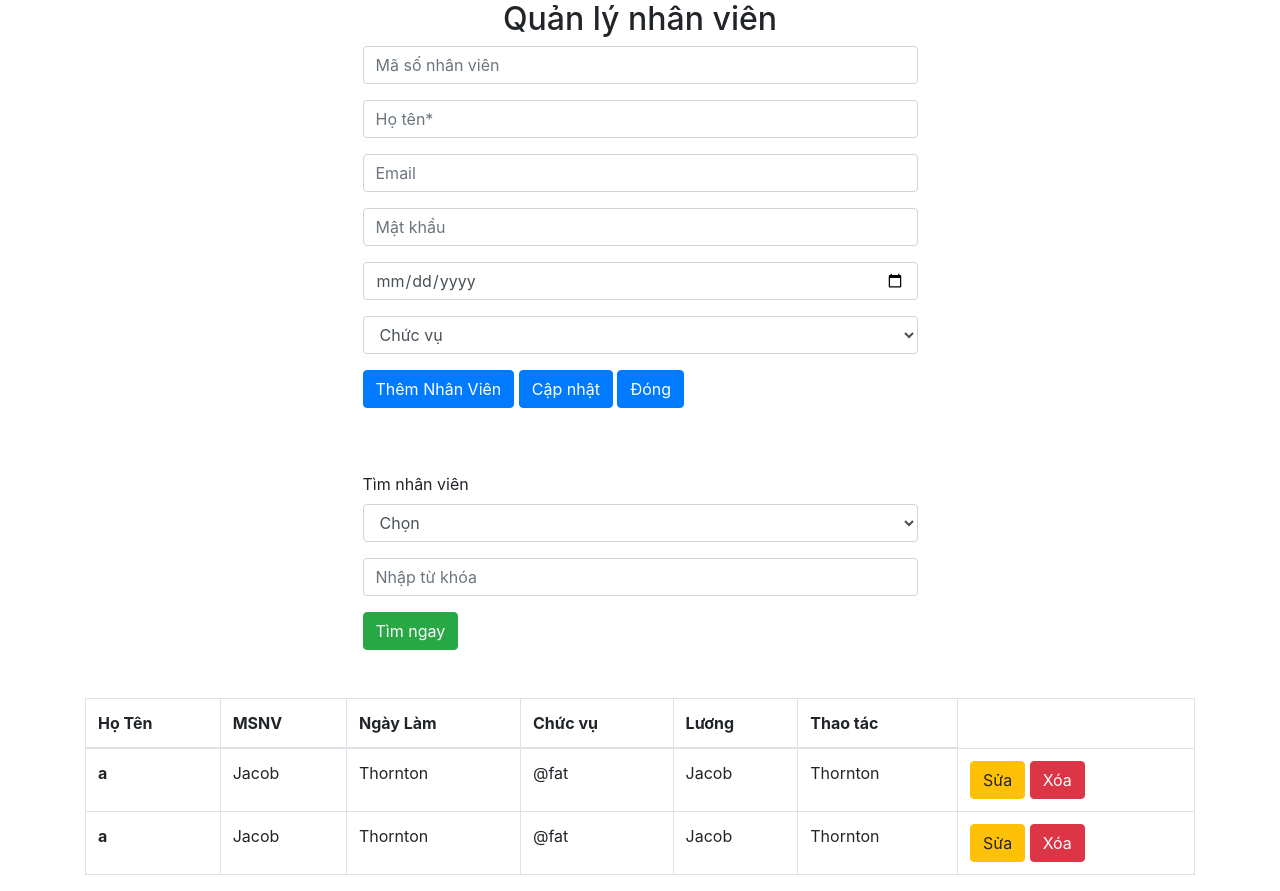
Repository: dovanthao2404/quanlynhanvien
Page: index.html
The author's editor kept a copy of each file at every save. The page is drawn from the files as they stood at one save, then again after the next save.
The browser window is 1280 px wide. The pictures show the whole page.

Above is the page before, as saved 2021-06-30 00:55:46.

### index.html
<!DOCTYPE html>
<html lang="en">

<head>
  <meta charset="UTF-8">
  <meta http-equiv="X-UA-Compatible" content="IE=edge">
  <meta name="viewport" content="width=device-width, initial-scale=1.0">
  <title>Quan Ly Nhan Vien</title>
  <!-- BOOTSTRAP  -->
  <link rel="stylesheet" href="https://cdn.jsdelivr.net/npm/bootstrap@4.6.0/dist/css/bootstrap.min.css"
    integrity="sha384-B0vP5xmATw1+K9KRQjQERJvTumQW0nPEzvF6L/Z6nronJ3oUOFUFpCjEUQouq2+l" crossorigin="anonymous">
  <!-- MAIN CSS -->
  <link rel="stylesheet" href="./css/style.css">
</head>

<body>
  <div class="main">
    <div class="add-staff">
      <div class="container">
        <form>
          <div class="row">
            <div class="col">
              <div class="add-staff__content w-50 mx-auto">
                <div class="add-staff-title">
                  <h2 id="header-title" class="text-center">Quản lý nhân viên</h2>
                </div>
                <div class="form-group">
                  <input type="text" class="form-control" id="msnv" placeholder="Mã số nhân viên">
                  <span id="thongBaoMNV" class="sp-thongbao text-danger"></span>
                </div>
                <div class="form-group">
                  <input type="text" class="form-control" id="hoTen" placeholder="Họ tên*">
                  <span id="thongBaoHo" class="sp-thongbao text-danger"></span>
                </div>
                <div class="form-group">
                  <input type="text" class="form-control" id="email" placeholder="Email">
                  <span id="thongBaoMNV" class="sp-thongbao text-danger"></span>
                </div>
                <div class="form-group">
                  <input type="password" class="form-control" id="matKhau" placeholder="Mật khẩu">
                  <span id="thongBaoMNV" class="sp-thongbao text-danger"></span>

                </div>
                <div class="form-group">
                  <input type="date" class="form-control" id="ngayLam">
                  <span id="thongBaoNgayLam" class="sp-thongbao text-danger"></span>

                </div>
                <div class="form-group">
                  <select id="chucVu" class="form-control">
                    <option selected>Chức vụ</option>
                    <option>Sếp</option>
                    <option>Trưởng Phòng</option>
                    <option>Nhân Viên</option>
                  </select>
                  <span id="thongBaoChucVu" class="sp-thongbao text-danger"></span>

                </div>
                <div class="form-group">

                  <button class="btn btn-primary" type="button" id="btnThemNhanVien">Thêm Nhân Viên</button>
                  <button class="btn btn-primary" type="button" id="btnCapNhat">Cập nhật</button>
                  <button class="btn btn-primary" type="button" id="btnDong">Đóng</button>
                </div>
              </div>
            </div>
          </div>

        </form>
      </div>
    </div>
    <div class="search-staff my-5">
      <div class="container">
        <div class="add-staff__content w-50 mx-auto">
          <div class="form-group">
            <label for="">Tìm nhân viên</label>
            <select id="" class="form-control">
              <option selected>Chọn</option>
              <option>Theo Tên</option>
              <option>Theo mã</option>
            </select>
            <span class="sp-thongbao text-danger"></span>
          </div>
          <div class="form-group">
            <input class="form-control" type="text" placeholder="Nhập từ khóa">
          </div>
          <div class="form-group">
            <input class="btn btn-success" type="button" value="Tìm ngay">
          </div>
        </div>
      </div>
    </div>
  </div>

  <div class="list-staff">
    <div class="container">
      <div id="list-staff__content">
        <table id="" class="table table-bordered">
          <thead>
            <tr>
              <th scope="col">Họ Tên</th>
              <th scope="col">MSNV</th>
              <th scope="col">Ngày Làm</th>
              <th scope="col">Chức vụ</th>
              <th scope="col">Lương</th>
              <th scope="col">Thao tác</th>
            </tr>
          </thead>
          <tboby>
            <tr>
              <th scope="row">a</th>
              <td>Jacob</td>
              <td>Thornton</td>
              <td>@fat</td>
              <td>Jacob</td>
              <td>
                <button class="btn btn-warning" id="sua">Sửa</button>
                <button class="btn btn-danger" id="xoa">Xóa</button>
              </td>
            </tr>
          </tboby>
        </table>
      </div>
    </div>
  </div>
  <!-- BOOSTRAP -->
  <script src="https://code.jquery.com/jquery-3.5.1.slim.min.js"
    integrity="sha384-DfXdz2htPH0lsSSs5nCTpuj/zy4C+OGpamoFVy38MVBnE+IbbVYUew+OrCXaRkfj"
    crossorigin="anonymous"></script>
  <script src="https://cdn.jsdelivr.net/npm/bootstrap@4.6.0/dist/js/bootstrap.bundle.min.js"
    integrity="sha384-Piv4xVNRyMGpqkS2by6br4gNJ7DXjqk09RmUpJ8jgGtD7zP9yug3goQfGII0yAns"
    crossorigin="anonymous"></script>
  <script src="./js/NhanVien.js"></script>
  <script src="js/CongTy.js"></script>
  <script src="js/main.js"></script>
</body>

</html>

### js/NhanVien.js
class NhanVien {

  constructor(maNV, hoTen, email, matKhau, ngayLamViec, chucVu) {
    this.maNV = maNV;
    this.hoTen = hoTen;
    this.email = email;
    this.matKhau = matKhau;
    this.ngayLamViec = ngayLamViec;
    this.chucVu = chucVu;
    this.mangDoiChieu = [this.maNV, this.hoTen, this.email
      , this.matKhau, this.ngayLamViec, this.chucVu];
  }
}

### js/CongTy.js
class CongTy {
  constructor() {
    this.DanhSachNhanVien = [];
  }
  // Phương thức thêm nhân viên mới vào mảng (thuộc tính) DanhSachNhanVien
  ThemNhanVien(nhanVienMoi) {
    this.DanhSachNhanVien = [...this.DanhSachNhanVien, nhanVienMoi];
  }

  // Phước thức tìm nhân viên theo mã nhân viên, trả về vị trí nhân viên trong mảng DanhSachNhanVien
  TimViTriNhanVien(maNV) {
    // return this.DanhSachNhanVien.find(nhanVien => nhanVien.maNV === maNV)
    for (let viTri in this.DanhSachNhanVien) {
      if (this.DanhSachNhanVien[viTri].maNV === maNV) {
        return viTri;
      }
    }
    return -1;
  }

  // Tìm nhân viên theo mã trả về nhân viên
  TimNhanVienTheoMa(maNV) {
    let viTri = this.TimViTriNhanVien(maNV);
    if (viTri != -1) {
      return this.DanhSachNhanVien[viTri];
    } else {
    }
  }

  // Xóa nhân viên theo mã
  XoaNhanVien(maNV) {
    let viTri = this.TimViTriNhanVien(maNV);
    if (viTri != -1) {
      this.DanhSachNhanVien.splice(viTri, 1);
    } else {
    }
  }

  // Sửa nhân viên
  SuaNhanVien(nhanVien) {
    let viTri = this.TimViTriNhanVien(nhanVien.maNV);
    this.DanhSachNhanVien[viTri] = nhanVien;
  }

  // Tìm nhân viên theo tên --> trả về danh sách nhân viên
  TimNhanVienTheoTen(hoTen) {
    let dskq = new CongTy();
    hoTen = hoTen.trim().toUpperCase();
    for (let nhanVien of this.DanhSachNhanVien) {
      let hoTenNV = nhanVien.hoTen.trim().toUpperCase();
      if (hoTenNV.search(hoTen) !== -1) {
        dskq.ThemNhanVien(nhanVien);
      }
    }
    return dskq;
  }
}

### js/main.js
function getEle(ele) {
  return document.getElementById(ele);
}

var congTy = new CongTy();
var nhanVienMoi = new NhanVien('1', "Do Van Thao", 'abc@gmail.com', 'truongthikhanhngan', 'ngayLamViec', 'chucVu');
congTy.ThemNhanVien(nhanVienMoi);
nhanVienMoi = new NhanVien('2', "Truong Thi Khanh Ngan", 'abc@gmail.com', 'truongthikhanhngan', 'ngayLamViec', 'chucVu');
congTy.ThemNhanVien(nhanVienMoi);

// Ham goi modal popup: Them Nhan Vien or Sua thong tin nhan vien
GoiModal = (modal_title, readonly = false, type = 1) => {
  // type = 1: them nhan vien, type = 2: sua thong tin
  getEle('header-title').innerHTML = modal_title;
  getEle('msnv').readonly = readonly;

  switch (type) {
    case 1: //Them nhanVien
      getEle("btnThemNhanVien").style.display = "inline-block";
      getEle("btnCapNhat").style.display = "none";
      getEle("btnDong").style.display = "inline-block";
      break;

    case 2:
      getEle("btnCapNhat").style.display = "inline-block";
      getEle("btnThemNhanVien").style.display = "none";
      getEle("btnDong").style.display = "inline-block";
      break;
  }
}

// Reset form
XoaForm = () => {
  let elements = document.getElementsByTagName('input');
  for (let element of elements) {
    element.value = '';
  }
  document.getElementById('chucVu').selectedIndex = 0;
}

let trangHienThi = 1;
// HienThiDanhSach = (dsnv) => {
//   let tbody = getEle("tableDanhSach");
//   let htmls = '';
//   let soNV = dsnv.length;
//   for (let i = 0; i < soNV; i++) {
//     htmls += `<tr>
//       <th scope="row">${dsnv[i].maNV}</th>
//       <td>Jacob</td>
//       <td>Thornton</td>
//       <td>@fat</td>
//       <td>Jacob</td>
//       <td>Thornton</td>
//       <td>
//         <button class="btn btn-warning" id="sua">Sửa</button>
//         <button class="btn btn-danger" id="xoa">Xóa</button>
//       </td>
//     </tr>`
//   }
//   tbody.innerHTML = htmls;
// }
// HienThiDanhSach(congTy.DanhSachNhanVien);

function HienThiDanhSach(dsnv) {
  var tbody = document.querySelector('table tbody');
  // let tbody = getEle("tableDanhSach");
  var htmls = '';
  let soNV = dsnv.length;
  for (let i = 0; i < soNV; i++) {
    htmls += `<tr>
          <th scope="row">a</th>
          <td>Jacob</td>
          <td>Thornton</td>
          <td>@fat</td>
          <td>Jacob</td>
          <td>Thornton</td>
          <td>
            <button class="btn btn-warning" id="sua">Sửa</button>
            <button class="btn btn-danger" id="xoa">Xóa</button>
          </td>
        </tr>`
  }
  tbody.innerHTML = htmls;
}
HienThiDanhSach(congTy.DanhSachNhanVien);

Loaded but not shown: css/style.css (common file)

After the next save:
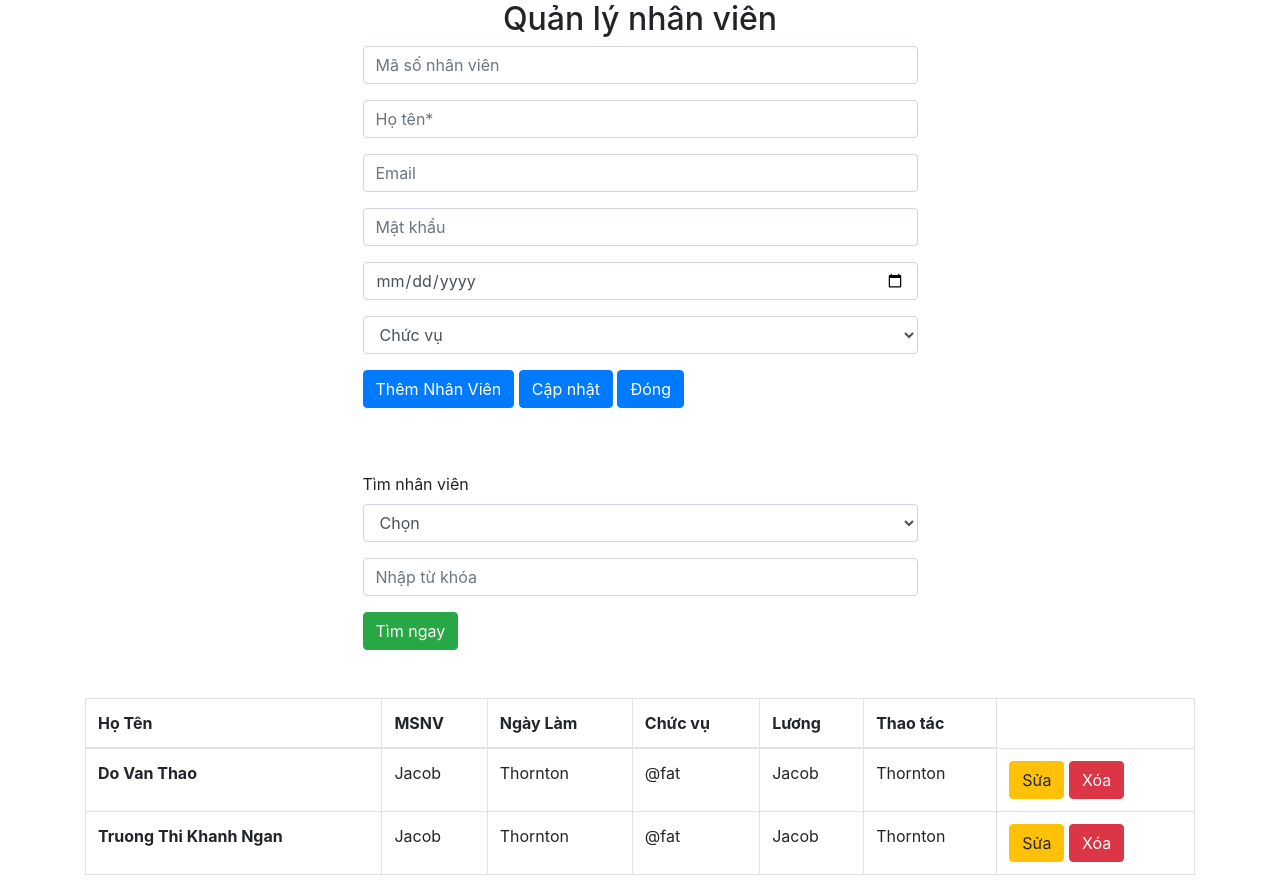
Saved 42 s later.
--- a/js/main.js
+++ b/js/main.js
@@ -68,7 +68,7 @@ function HienThiDanhSach(dsnv) {
   let soNV = dsnv.length;
   for (let i = 0; i < soNV; i++) {
     htmls += `<tr>
-          <th scope="row">a</th>
+          <th scope="row">${dsnv[i].hoTen}</th>
           <td>Jacob</td>
           <td>Thornton</td>
           <td>@fat</td>
